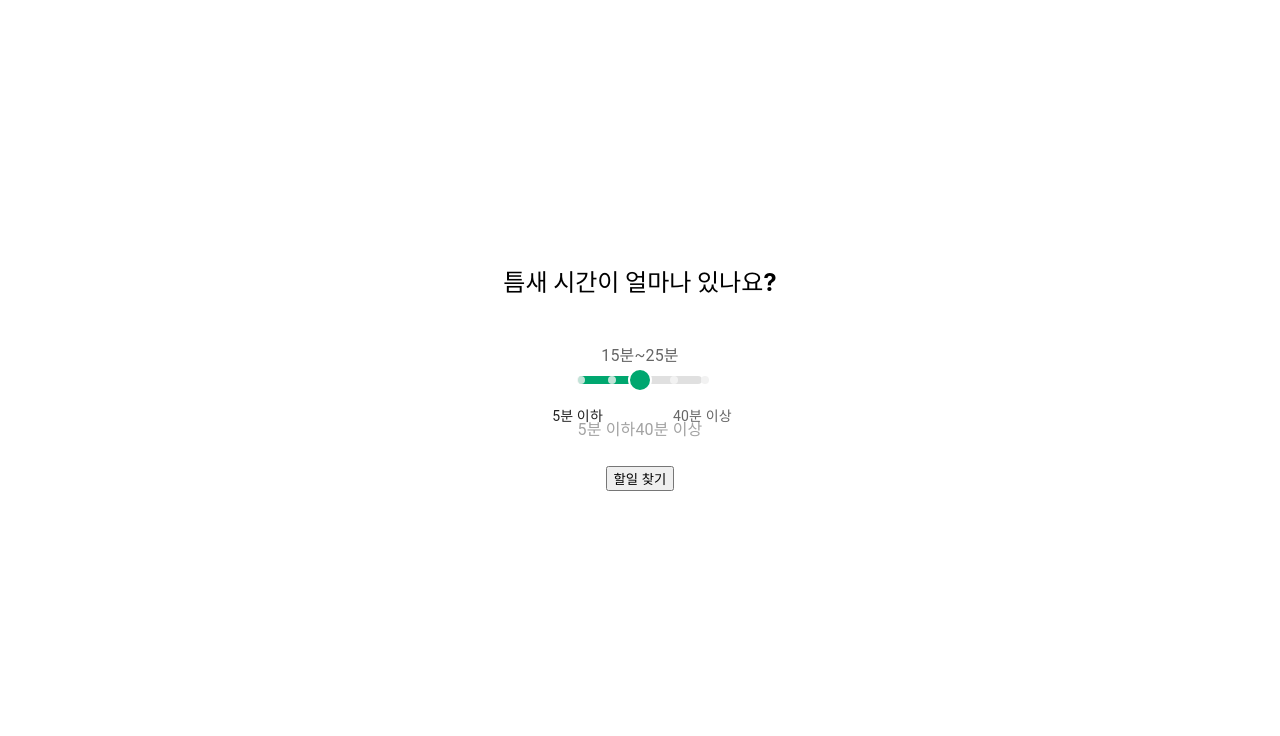
Repository: Tickley-Team/Tickley
Page: /survey
An editor plug-in stored every save of this project. The page is shown before and after the next save, followed by the edit.
The browser window is 1280 px wide. The pictures show the whole page.
The project was rebuilt for these pictures with package versions that can differ from the ones it lists, and the page was loaded fresh each time. Also part of the build but not shown: vite.config.ts, src/pages/Todos.tsx, src/stores/recommendTodoFilterStore.ts, src/hooks/useCategoryNames.tsx, src/hooks/useFilteredTodos.tsx, src/hooks/useLocalStorage.ts, src/utils.ts, src/pages/TodosFind.tsx and 9 more.

Above is the page before, as saved 2024-12-08 17:51:00.

### index.html
<!doctype html>
<html lang="en">
  <head>
    <meta charset="UTF-8" />
    <link rel="icon" type="image/svg+xml" href="/vite.svg" />
    <meta name="viewport" content="width=device-width, initial-scale=1.0" />
    <title>티클리</title>
  </head>
  <body>
    <div id="root"></div>
    <script type="module" src="/src/main.tsx"></script>
  </body>
</html>

### src/index.css
:root {
  font-family: Inter, system-ui, Avenir, Helvetica, Arial, sans-serif;
  line-height: 1.5;
  font-weight: 400;

  color-scheme: light dark;

  font-synthesis: none;
  text-rendering: optimizeLegibility;
  -webkit-font-smoothing: antialiased;
  -moz-osx-font-smoothing: grayscale;
}

### src/App.tsx
import './App.css'

import Todos from './pages/Todos'
import TodosFind from './pages/TodosFind'
import SurveySpareTime from './pages/SurveySpareTime'
import Home from './pages/Home'
import OnboardingPage from './pages/OnboardingPage'
import TodosMemory from './pages/TodosMemory'
import ProgressTimer from './pages/ProgressTimer'
import CompletedTimer from './pages/CompletedTimer'
import { fetchRecommendTodos } from './api/fetchRecommendTodos'
import { createBrowserRouter, RouterProvider } from 'react-router'

function App() {
  const isProduction = process.env.NODE_ENV === 'production'
  const basename = isProduction ? '/Tickley' : '/'

  const router = createBrowserRouter(
    [
      {
        path: '/',
        element: <Home />,
      },
      {
        path: '/todos',
        element: <Todos />,
      },
      {
        path: '/todos/find',
        element: <TodosFind />,
        loader: () =>
          fetchRecommendTodos(
            `${import.meta.env.BASE_URL}data/todoRecommendData.json`,
          ),
      },
      {
        path: '/todos/memory',
        element: <TodosMemory />,
      },
      {
        path: '/survey',
        element: <SurveySpareTime />,
      },
      {
        path: '/onboarding/:onboardingId',
        element: <OnboardingPage />,
      },
      {
        path: '/timer/progress',
        element: <ProgressTimer />,
      },
      {
        path: '/timer/completed',
        element: <CompletedTimer />,
      },
    ],
    {
      basename,
    },
  )

  return (
    <div className="App">
      <RouterProvider router={router} />
    </div>
  )
}

export default App

### src/pages/SurveySpareTime/index.tsx
import { useCallback } from 'react'
import { useNavigate } from 'react-router'
import { MobileLayout } from '../../layout/MobileLayout'
import { RangeSlider } from '../../components/RangeSlider'

const SurveySpareTime = () => {
  const navigate = useNavigate()
  const handleClickButton = useCallback(() => {
    navigate('/todos/find')
  }, [])
  return (
    <MobileLayout>
      <h2>틈새 시간이 얼마나 있나요?</h2>
      <RangeSlider />
      <button onClick={handleClickButton}>할일 찾기 </button>
    </MobileLayout>
  )
}

/**
 * zustand 테스트용 - 컴포넌트 분리작업은 추후에
 * @returns
 */
// const RangeSlider = () => {
//   const { spareTime, setSpareTime } = useRecommendTodoFilterStore()
//   //   const [value, setValue] = useState(0)

//   const handleChange = (event: React.ChangeEvent<HTMLInputElement>) => {
//     setSpareTime(Number(event.target.value))
//   }

//   return (
//     <div className="range-slider">
//       <label htmlFor="range">Select time range:</label>
//       <input
//         id="range"
//         type="range"
//         min="0"
//         max="4"
//         step="1"
//         value={spareTime}
//         onChange={handleChange}
//         className="slider"
//       />
//       <div className="labels"></div>
//       <div className="value">{spareTime}</div>
//     </div>
//   )
// }

export default SurveySpareTime

### src/api/fetchRecommendTodos.ts
import { RecommendTodo } from '../types'

export const fetchRecommendTodos = async (
  path: string,
): Promise<Array<RecommendTodo>> => {
  try {
    const response = await fetch(path)
    if (!response.ok) {
      throw new Error(`HTTP error! status: ${response.status}`)
    }
    return response.json()
  } catch (error) {
    if (error instanceof Error) {
      throw new Error(`데이터 로드 실패: ${error.message}`)
    }
    throw new Error('알 수 없는 에러가 발생했습니다')
  }
}

### src/layout/MobileLayout.tsx
import { Container } from '@mui/material'

export const MobileLayout = ({
  children,
  ...restProps
}: {
  children: React.ReactNode
}) => {
  return (
    <Container
      sx={{
        maxWidth: '375px', // 최대 너비 375px
        margin: '0 auto',
        backgroundColor: 'white',
        height: '100vh',
        display: 'flex', // Flexbox를 사용하여 콘텐츠 정렬
        flexDirection: 'column',
        justifyContent: 'center',
        alignItems: 'center',
      }}
      {...restProps}
    >
      {/* 여기에 콘텐츠를 추가 */}
      {children}
    </Container>
  )
}

### src/components/RangeSlider.tsx
import styled from '@emotion/styled'
import { Box, Typography, Slider } from '@mui/material'

export const RangeSlider = (props: Props) => {
  const marks = [
    { value: 0, label: '5분 이하' },
    { value: 25 },
    { value: 50 },
    { value: 75 },
    { value: 100, label: '40분 이상' },
  ]
  return (
    <Box sx={{ maxWidth: 600, p: 3 }}>
      <Typography sx={{ mb: 1, color: '#666666' }}>15분~25분</Typography>

      <CustomSlider value={50} marks={marks} disabled />

      <Box
        sx={{
          display: 'flex',
          justifyContent: 'space-between',
          mt: 1,
          color: '#A3A3A3',
          fontSize: '0.875rem',
        }}
      >
        <Typography>5분 이하</Typography>
        <Typography>40분 이상</Typography>
      </Box>
    </Box>
  )
}

const CustomSlider = styled(Slider)({
  height: 8,
  padding: 0,
  '& .MuiSlider-rail': {
    opacity: 1,
    backgroundColor: '#E0E0E0', // gray300
  },
  '& .MuiSlider-track': {
    border: 'none',
    backgroundColor: '#00A76F', // pri500
  },
  '& .MuiSlider-thumb': {
    height: 24,
    width: 24,
    backgroundColor: '#00A76F', // pri500
    border: '2px solid #fff',
    '&:focus, &:hover, &.Mui-active, &.Mui-focusVisible': {
      boxShadow: 'inherit',
    },
    '&:before': {
      display: 'none',
    },
  },
  '& .MuiSlider-mark': {
    backgroundColor: '#F2F2F2', // gray200
    height: 8,
    width: 8,
    borderRadius: '50%',
    marginTop: 0,
  },
})

Loaded but not shown: src/main.tsx (common file); src/App.css (common file)

After the next save:
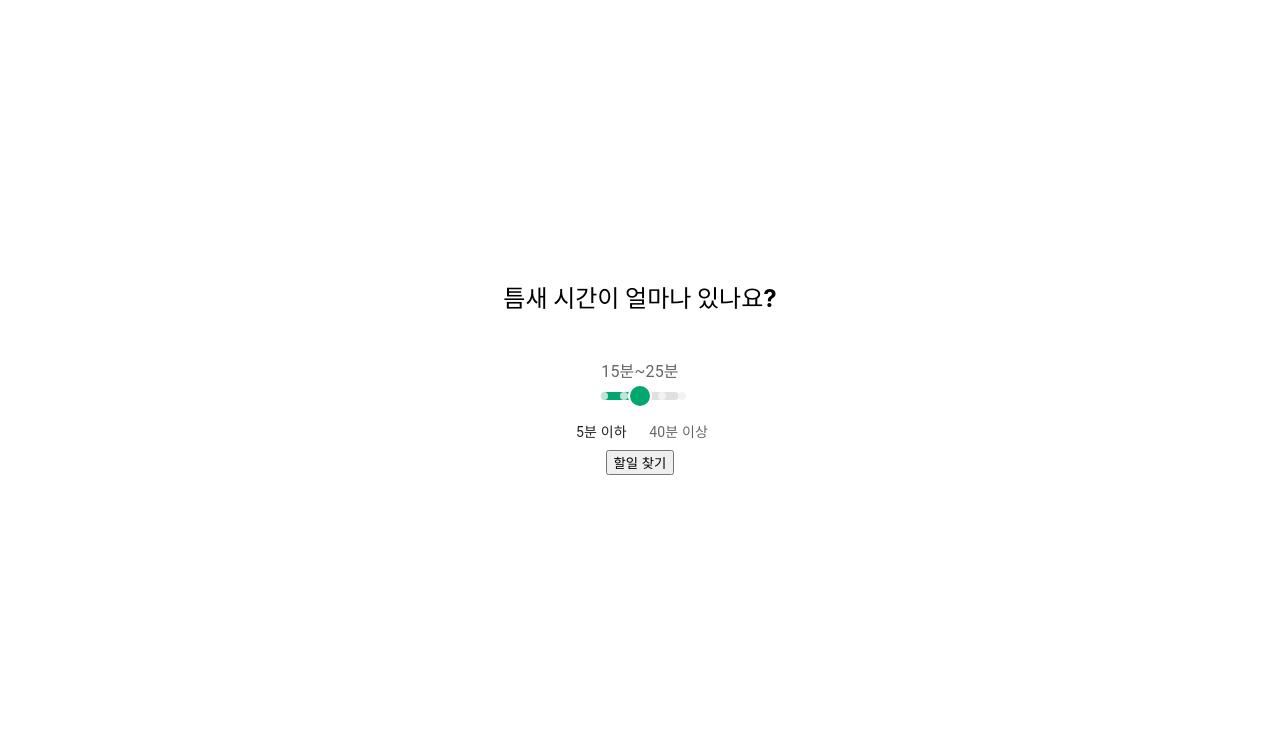
Saved 9 s later.
--- a/src/components/RangeSlider.tsx
+++ b/src/components/RangeSlider.tsx
@@ -15,7 +15,7 @@ export const RangeSlider = (props: Props) => {
 
       <CustomSlider value={50} marks={marks} disabled />
 
-      <Box
+      {/* <Box
         sx={{
           display: 'flex',
           justifyContent: 'space-between',
@@ -26,7 +26,7 @@ export const RangeSlider = (props: Props) => {
       >
         <Typography>5분 이하</Typography>
         <Typography>40분 이상</Typography>
-      </Box>
+      </Box> */}
     </Box>
   )
 }
